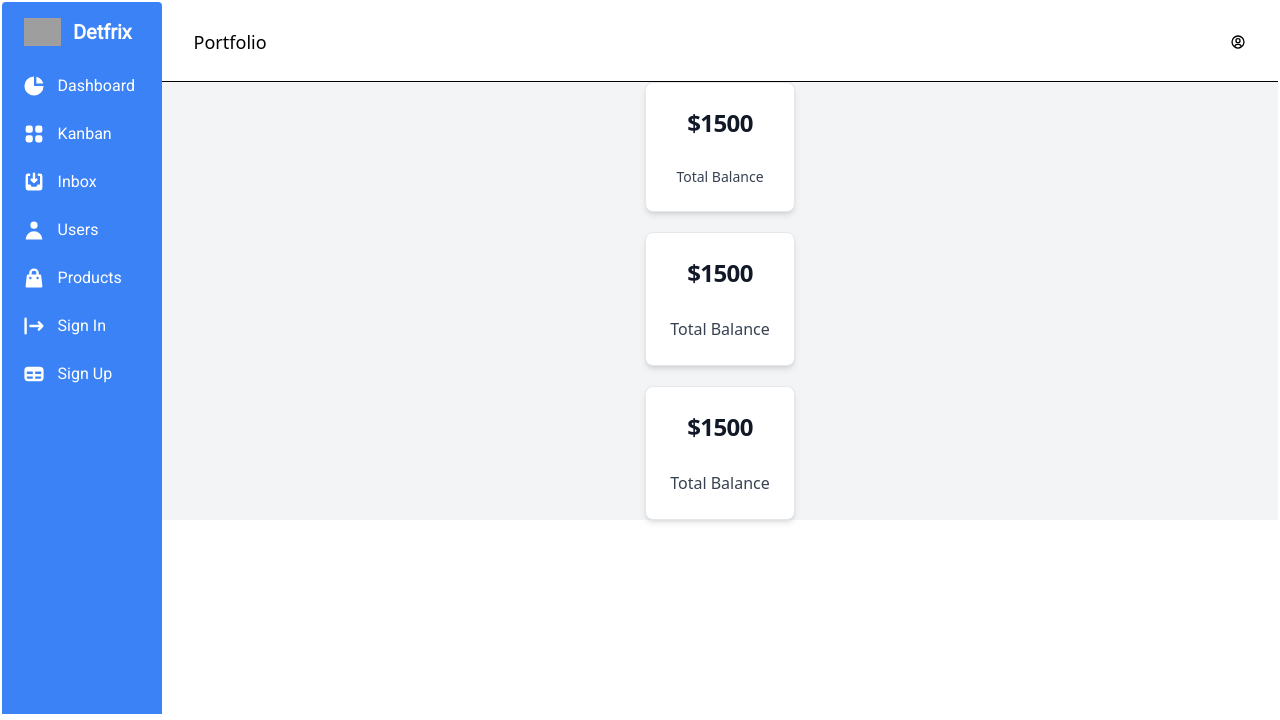
Repository: Elishaokon13/detfrix
Page: /dashboard
An editor plug-in stored every save of this project. The page is shown before and after a run of saves, followed by the edit.
The browser window is 1280 px wide. The pictures show the whole page.
Pictures or frames that could not be fetched are drawn as grey boxes. The project was rebuilt for these pictures with package versions that can differ from the ones it lists, and the page was loaded fresh each time. Also part of the build but not shown: src/pages/SignIn.jsx, src/components/HomeHero.jsx, src/components/Navbar.jsx, src/components/Banner.jsx, src/components/Features.jsx, src/components/Footer.jsx, src/components/Plan.jsx, src/components/Testimonals.jsx and 3 more.

Above is the page before, as saved 2022-10-03 23:06:45.

After the next 2 saves:
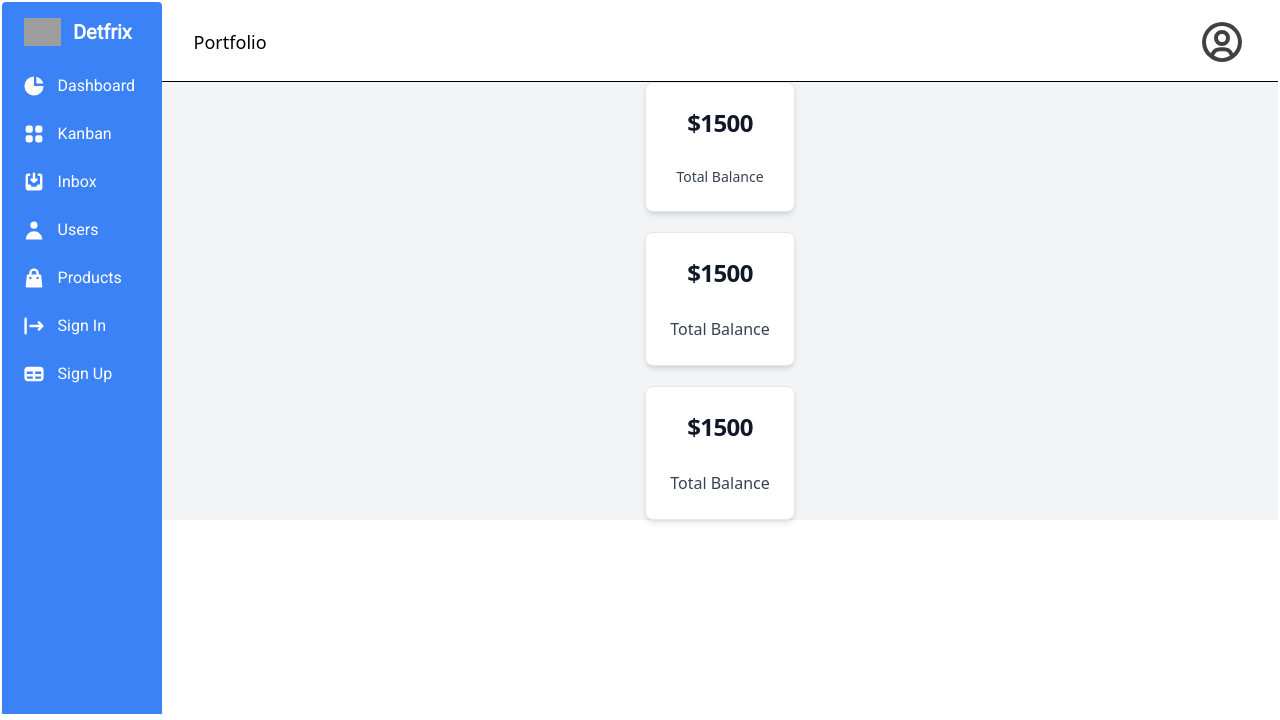
The 2 saves are shown as one change because they came seconds apart.
The last was saved 7 s later.
--- a/src/organism/base/dashboardHeader/header.jsx
+++ b/src/organism/base/dashboardHeader/header.jsx
@@ -4,7 +4,7 @@ export const Header = () => {
       <div className="flex items-center justify-between portfolio-header">
          <h2 className="text-lg">Portfolio</h2>
          <span>
-            <BiUserCircle className=""/>
+            <BiUserCircle className="portfolio-icon"/>
          </span>
       </div>
    );
